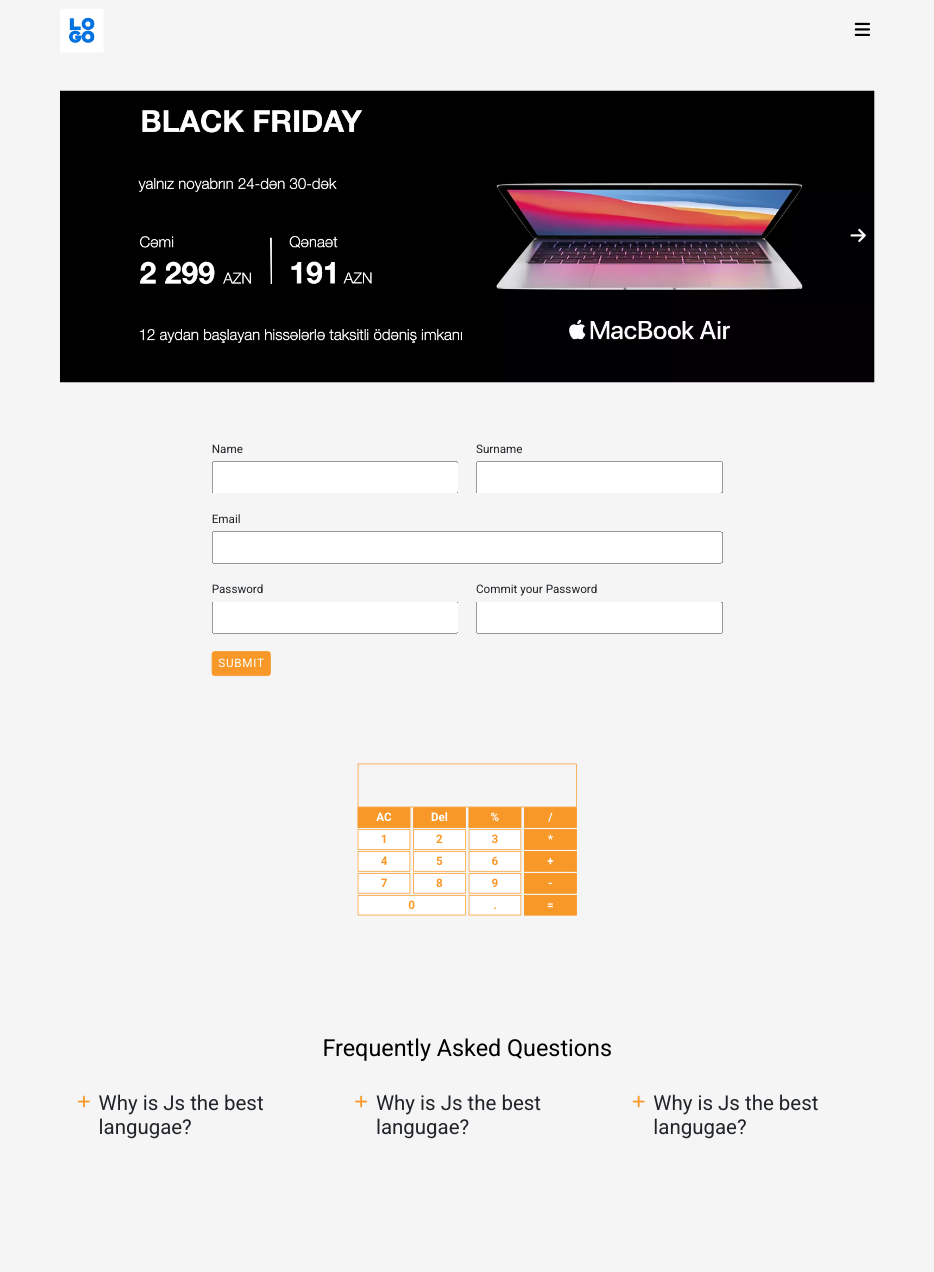
Repository: RamalYusifov7/Custom-components--Core-JavaScript
Page: index.html
These files come from the project's save history. The page is drawn as it stood at one moment and after the next save; the edit follows.
The browser window is 1280 px wide. The pictures show the whole page, at 73% of full size.

Above is the page before, as saved 2023-01-09 12:08:38.

### index.html
<!DOCTYPE html>
<html lang="en">

<head>
  <meta charset="UTF-8" />
  <meta http-equiv="X-UA-Compatible" content="IE=edge" />
  <meta name="viewport" content="width=device-width, initial-scale=1.0" />
  <title>Document</title>
  <link rel="stylesheet" href="https://cdnjs.cloudflare.com/ajax/libs/font-awesome/6.2.1/css/all.min.css"
    integrity="sha512-MV7K8+y+gLIBoVD59lQIYicR65iaqukzvf/nwasF0nqhPay5w/9lJmVM2hMDcnK1OnMGCdVK+iQrJ7lzPJQd1w=="
    crossorigin="anonymous" referrerpolicy="no-referrer" />
  <link href="https://cdn.jsdelivr.net/npm/bootstrap@5.2.2/dist/css/bootstrap.min.css" rel="stylesheet"
    integrity="sha384-Zenh87qX5JnK2Jl0vWa8Ck2rdkQ2Bzep5IDxbcnCeuOxjzrPF/et3URy9Bv1WTRi" crossorigin="anonymous">
</head>
<link rel="stylesheet" href="css/style.css" />
<link rel="stylesheet" href="css/responsive.css" />
</head>

<body>
  <!-- preloader -->
  <div class="preloader">
    <img src="img/Bounce-Bar-Preloader-1.gif" alt="" width="100%">
  </div>
  <!-- Custom Mneu -->
  <header class="main-header">
    <div class="container">
      <div class="logo">
        <a href="#">
          <img src="img/logo-social.png" alt="" />
        </a>
      </div>
      <nav class="navbar">
        <button type="button" class="button-unstyled" id="menu-btn">
          <span class="menu-icon">
            <i class="fa-solid fa-bars"></i>
          </span>
        </button>
        <div class="sidebar-wrapper">
          <div class="sidebar">
            <div class="sidebar-header">
              <h3 class="sidebar-title">Menu</h3>
              <button type="button" class="close-btn button-unstyled" id="sidebar-close-btn">
                <span class="close-icon">
                  <i class="fa-solid fa-xmark"></i>
                </span>
              </button>
            </div>
            <ul class="sidebar-list">
              <li><a href="#">Home</a></li>
              <li><a href="#">Services</a></li>
              <li><a href="#">Blog</a></li>
              <li><a href="#">Conact</a></li>
            </ul>
          </div>
        </div>
      </nav>
    </div>
  </header>
  <!-- Custom Slider -->
  <section class="page-banner">
    <div class="container">
      <div class="banner-container position-relative">
        <div class="banner-img">
          <a href=""><img src="img/adver-1.png" alt=""></a>
        </div>
        <div class="banner-img">
          <a href=""><img src="img/adver-2.png" alt=""></a>
        </div>
        <div class="banner-img">
          <a href=""><img src="img/adver-2.png" alt=""></a>
        </div>
        <div class="banner-img">
          <a href=""><img src="img/adver-3.png" alt=""></a>
        </div>
        <div class="banner-slider-btns ">
          <button type="button" class="button-unstyled prev-btn" id="banner-prev-btn">
            <span class="prev-icon">
              <i class="fa-solid fa-arrow-left"></i>
            </span>
          </button>
          <button type="button" class="button-unstyled next-btn" id="banner-next-btn">
            <span class="next-icon">
              <i class="fa-solid fa-arrow-right"></i>
            </span>
          </button>
        </div>
      </div>
    </div>
  </section>
  <!-- Custom validation -->
  <section class="validation-section">
    <div class="validation-container">
      <form action="" name="contactForm">
        <div class="row">
          <div class="col-6">
            <div class="contact-form-item">
              <label for="name">Name</label>
              <input type="text" name="name" id="name" class="simple-input">
              <div class="error-message">
                Error, fill the input
              </div>
              <div class="success-message">
                Correct !
              </div>
            </div>
          </div>
          <div class="col-6">
            <div class="contact-form-item">
              <label for="surname">Surname</label>
              <input type="text" name="surname" id="surname" class="simple-input">
              <div class="error-message">
                Error, fill the input
              </div>
              <div class="success-message">
                Correct !
              </div>
            </div>
          </div>
          <div class="col-12">
            <div class="contact-form-item">
              <label for="email">Email</label>
              <input type="text" name="email" id="email">
              <div class="error-message">
                Enter a valid email
              </div>
              <div class="success-message">
                Correct !
              </div>
            </div>
          </div>
          <div class="col-6">
            <div class="contact-form-item">
              <label for="password">Password</label>
              <input type="password" name="password" id="password">
              <div class="password-error-message">
                Password must contain at least 8 characters
              </div>
              <div class="success-message">
                Correct !
              </div>
            </div>
          </div>
          <div class="col-6">
            <div class="contact-form-item">
              <label for="commit-password">Commit your Password</label>
              <input type="password" name="commitPassword" id="commit-password">
              <div class="commit-password-error-message">
                Password doesn"t match
              </div>
              <div class="success-message">
                Correct !
              </div>
            </div>
          </div>
        </div>
        <button type="submit" class="submit-btn">Submit</button>
      </form>
    </div>
  </section>
  <!-- Calculator -->
  <section class="calculator-section">
    <div class="container">
      <div class="calculator-container">
        <div class="calculation-result">

        </div>
        <div class="calculation-btns">
          <div class="row">
            <div class="col-3">
              <button type="button" class="operation-btn" id="calc-delete-all-btn"">AC</button>
            </div>
            <div class=" col-3">
                <button type="button " class="operation-btn" id="calc-delete-btn">Del</button>
            </div>
            <div class="col-3">
              <button type="button" id="findPercentage">%</button>
            </div>
            <div class="col-3">
              <button type="button">/</button>
            </div>
            <div class="col-3">
              <button type="button" class="number-btn">1</button>
            </div>
            <div class="col-3">
              <button type="button" class="number-btn">2 </button>
            </div>
            <div class="col-3">
              <button type="button" class="number-btn">3</button>
            </div>
            <div class="col-3">
              <button type="button" >*</button>
            </div>
            <div class="col-3">
              <button type="button"  class="number-btn">4</button>
            </div>
            <div class="col-3">
              <button type="button" class="number-btn">5</button>
            </div>
            <div class="col-3">
              <button type="button" class="number-btn">6</button>
            </div>
            <div class="col-3">
              <button type="button ">+</button>
            </div>
            <div class="col-3">
              <button type="button" class="number-btn">7</button>
            </div>
            <div class="col-3">
              <button type="button" class="number-btn">8</button>
            </div>
            <div class="col-3">
              <button type="button" class="number-btn">9</button>
            </div>
            <div class="col-3">
              <button type="button">-</button>
            </div>
            <div class="col-6">
              <button type="button" class="number-btn">0</button>
            </div>
            <div class="col-3">
              <button type="button" class="number-btn">.</button>
            </div>
            <div class="col-3">
              <button type="button" id="equal-btn" class="equality-btn">=</button>
            </div>
          </div>
        </div>
      </div>
    </div>
  </section>
  <!-- Accordion -->
  <section class="faq-section">
    <h2 class="section-title">
      Frequently Asked Questions
    </h2>
    <div class="container">
      <div class="row">
        <div class="single-accordion">
          <div class="accordion">
            <div class="accordion-left">
              <button class="accordion-btn" >
                 <span class="plus-icon"><i class="fa-solid fa-plus"></i></span>
                 <span class="minus-icon"><i class="fa-solid fa-minus"></i></span>
              </button>
            </div>
            <div class="accordion-right">
              <h3 class="accordion-header">Why is Js the best langugae?</h3>
              <div class="accordion-content">
                Lorem ipsum dolor sit amet consectetur adipisicing elit. Nulla, ad
                nesciunt? Cumque odio quas eos quibusdam, ipsam at temporibus
                molestiae deleniti id esse. Illo doloribus quis accusantium sit
                recusandae animi.
              </div>
            </div>
          </div>
        </div>
        <div class="single-accordion">
          <div class="accordion">
            <div class="accordion-left">
              <button class="accordion-btn" >
                 <span class="plus-icon"><i class="fa-solid fa-plus"></i></span>
                 <span class="minus-icon"><i class="fa-solid fa-minus"></i></span>
              </button>
            </div>
            <div class="accordion-right">
              <h3 class="accordion-header">Why is Js the best langugae?</h3>
              <div class="accordion-content">
                Lorem ipsum dolor sit amet consectetur adipisicing elit. Nulla, ad
                nesciunt? Cumque odio quas eos quibusdam, ipsam at temporibus
                molestiae deleniti id esse. Illo doloribus quis accusantium sit
                recusandae animi.
              </div>
            </div>
          </div>
        </div>
        <div class="single-accordion">
          <div class="accordion">
            <div class="accordion-left">
              <button class="accordion-btn">
                 <span class="plus-icon"><i class="fa-solid fa-plus"></i></span>
                 <span class="minus-icon"><i class="fa-solid fa-minus"></i></span>
              </button>
            </div>
            <div class="accordion-right">
              <h3 class="accordion-header">Why is Js the best langugae?</h3>
              <div class="accordion-content">
                Lorem ipsum dolor sit amet consectetur adipisicing elit. Nulla, ad
                nesciunt? Cumque odio quas eos quibusdam, ipsam at temporibus
                molestiae deleniti id esse. Illo doloribus quis accusantium sit
                recusandae animi.
              </div>
            </div>
          </div>
        </div>
      </div>
    </div>
  </section>
  <script src="js/script.js"></script>
</body>

</html>

### css/style.css
@import url("https://fonts.googleapis.com/css2?family=Roboto:wght@400;700&display=swap");
* {
  font-family: "Roboto", sans-serif;
  box-sizing: border-box;
}
:root {
  --primary: #f89828;
  --transition: 0.4s ease all;
}
body {
  margin: 0;
  background-color: #f5f5f5;
}
/* Preloader                 */
.preloader {
  position: fixed;
  top: 0;
  bottom: 0;
  left: 0;
  right: 0;
  display: flex;
  align-items: center;
  justify-content: center;
  visibility: visible;
  z-index: 9999999;
}
.preloader.hide {
  visibility: hidden;
  z-index: -999999;
}
/*         MENU                   */
.logo {
  width: 60px;
  height: 60px;
}
.logo img {
  width: 100%;
  height: 100%;
  object-fit: cover;
}
.main-header {
  padding: 12px 0;
}
.main-header > .container {
  display: flex;
  align-items: center;
  justify-content: space-between;
}
.sidebar {
  position: fixed;
  left: 0;
  top: 0;
  bottom: 0;
  width: 300px;
  height: 100%;
  background-color: #1e212c;
  padding: 23px 16px;
  transform: translateX(-100%);
  z-index: 9999;
  transition: var(--transition);
}
.sidebar.show {
  transform: translateX(0);
}
.sidebar-list {
  margin: 0;
  padding: 0;
  list-style-type: none;
}
.sidebar-list li a {
  color: white;
  text-decoration: none;
  font-size: 20px;
  transition: var(--transition);
}
.sidebar-list li {
  margin-bottom: 12px;
}
.sidebar-list li a:hover {
  color: var(--primary);
}
.sidebar-title {
  color: white;
  font-size: 32px;
  margin: 0;
}
.button-unstyled {
  background-color: transparent;
  border: none;
}
.close-icon i {
  color: white;
  font-size: 24px;
}
.menu-icon i {
  font-size: 24px;
}
.sidebar-header {
  display: flex;
  align-items: center;
  justify-content: space-between;
  margin-bottom: 32px;
}
.sidebar-wrapper.active {
  width: 100%;
  height: 100%;
  background: rgba(0, 0, 0, 0.525);
  position: fixed;
  top: 0;
  left: 0;
  z-index: 99999;
}
/* Home banner */
.page-banner {
  padding-top: 40px;
  padding-bottom: 80px;
}
.banner-img {
  height: 400px;
  overflow: hidden;
}
.banner-img img {
  width: 100%;
  height: 100%;
  object-fit: cover;
  object-position: center;
}
.banner-slider-btns button {
  color: white;
  display: flex;
  align-items: center;
  height: 100%;
  position: absolute;
  top: 0;
  font-size: 24px;
}
.banner-slider-btns .prev-btn {
  display: none;
  left: 6px;
}
.banner-slider-btns .next-btn {
  right: 6px;
}
.banner-container {
  min-height: 400px;
  overflow: hidden;
}
.banner-img {
  position: absolute;
  width: 100%;
  transition: 0.5s ease-in-out all;
}

/*                          validation                       */

.validation-container {
  max-width: 700px;
  margin: auto;
}
.contact-form-item input {
  width: 100%;
  height: 44px;
  outline: none;
  padding-left: 8px;
  margin-top: 4px;
}
.contact-form-item {
  margin-bottom: 24px;
}
.error-message,
.password-error-message,
.commit-password-error-message {
  font-size: 12px;
  color: red;
  margin-top: 4px;
  display: none;
}
.success-message {
  font-size: 12px;
  color: green;
  margin-top: 4px;
  display: none;
}
.contact-form-item.error .error-message {
  display: block;
}
.contact-form-item.success .success-message {
  display: block;
}
.submit-btn {
  background-color: var(--primary);
  color: white;
  border-radius: 4px;
  border: 1px solid var(--primary);
  min-width: 80px;
  padding: 4px 8px;
  text-transform: uppercase;
  letter-spacing: 1px;
  transition: var(--transition);
}
.submit-btn:hover {
  background-color: white;
  color: var(--primary);
}
/* Calculator */
.calculator-section {
  padding-top: 120px;
  padding-bottom: 80px;
}
.calculator-container {
  max-width: 300px;
  margin: auto;
}
.calculation-btns button {
  border: 1px solid var(--primary);
  width: 100%;
  margin-bottom: 2px;
  background-color: white;
  color: var(--primary);
  font-weight: 700;
  transition: var(--transition);
}
.calculation-btns button:not(.number-btn) {
  background-color: var(--primary);
  color: white;
}

.calculation-btns button:hover {
  background-color: white;
  color: var(--primary);
}
.calculation-btns .row > * {
  padding: 0 2px;
}
.calculation-btns .row {
  margin-left: -2px;
  margin-right: -2px;
}
.calculation-result {
  border: 1px solid var(--primary);
  height: 60px;
  padding: 4px 6px;
  display: flex;
  align-items: flex-end;
  justify-content: flex-end;
  color: var(--primary);
  font-size: 24px;
  font-weight: 600;
}

/* Accordion */
.faq-section {
  padding: 80px 0 180px;
}
.single-accordion {
  width: calc(100% / 3);
  padding: 0 15px;
}
.accordion {
  display: flex;
}
.accordion-left {
  width: 10%;
  padding: 0 15px;
}
.accordion-right {
  width: 90%;
  padding: 0 15px;
}
h3 {
  margin: 0;
}
.accordion-content {
  display: none;
}
.collapsed .accordion-content {
  display: block;
}
.minus-icon {
  display: none;
}
.collapsed .plus-icon {
  display: none;
}
.collapsed .minus-icon {
  display: block;
}
.accordion-btn {
  background: transparent;
  border: none;
  color: var(--primary);
  font-size: 20px;
}
.section-title {
  text-align: center;
  margin-bottom: 40px;
  color: black;
}

### css/responsive.css
@media (min-width: 1499px) {
  .prev-btn {
    left: 30px;
  }
  .next-btn {
    right: 30px;
  }
}

### js/script.js
// preloader
const preloader = document.querySelector(".preloader");
window.onload = function () {
  preloader.classList.add("hide");
};

// Menu      //////////
let menuBtn = document.getElementById("menu-btn");
let sidebarCloseBtn = document.getElementById("sidebar-close-btn");
let sideBar = document.querySelector(".sidebar");
let sidebarWrapper = document.querySelector(".sidebar-wrapper");
menuBtn.onclick = function () {
  sideBar.classList.add("show");
  sidebarWrapper.classList.add("active");
};
function hideSidebar() {
  sideBar.classList.remove("show");
  sidebarWrapper.classList.remove("active");
}
sidebarCloseBtn.onclick = function (e) {
  hideSidebar();
};
sidebarWrapper.onclick = function () {
  hideSidebar();
};
sideBar.onclick = function (e) {
  e.stopPropagation();
};

// Slider         //////////
const bannerImgs = document.querySelectorAll(".banner-img");
const bannerPrevBtn = document.getElementById("banner-prev-btn");
const bannerNextBtn = document.getElementById("banner-next-btn");
bannerImgs.forEach((item, index) => {
  item.style.left = `${index * 100}%`;
});
let slideCounter = 0;
function slideNext() {
  slideCounter++;
  slideMove();
}
bannerNextBtn.onclick = function () {
  slideNext();
};
bannerPrevBtn.onclick = function () {
  slideCounter--;
  slideMove();
};
function slideMove() {
  if (slideCounter == bannerImgs.length) {
    slideCounter = 0;
  }
  if (slideCounter < 0) {
    slideCounter = bannerImgs.length - 1;
  }

  // hiding prevbtn
  if (slideCounter == 0) {
    bannerPrevBtn.style.display = "none";
  } else {
    bannerPrevBtn.style.display = "block";
  }
  //  hiding nextbtn
  if (slideCounter == bannerImgs.length - 1) {
    bannerNextBtn.style.display = "none";
  } else {
    bannerNextBtn.style.display = "block";
  }

  bannerImgs.forEach((bannerImg) => {
    bannerImg.style.transform = `translateX(-${slideCounter * 100}%)`;
  });
}
window.setInterval(slideNext, 10000);


// Validation              ///////////////
let contactForm = document.forms.contactForm;
let simpleInputs = document.querySelectorAll(
  ".contact-form-item input.simple-input"
);
let commitPassword = contactForm.commitPassword;
let password = contactForm.password;
let email = contactForm.email;
let passwordError = document.querySelector(".password-error-message");
let commitPasswordError = document.querySelector(
  ".commit-password-error-message"
);
function successFunc(element) {
  element.parentElement.classList.remove("error");
  element.parentElement.classList.add("success");
  element.style.border = "1px solid green";
}
function errorFunc(element) {
  element.parentElement.classList.remove("success");
  element.parentElement.classList.add("error");
  element.style.border = "1px solid red";
}
contactForm.onsubmit = function (e) {
  // for simple inputs :  name, surname etc
  for (let i = 0; i < simpleInputs.length; i++) {
    if (simpleInputs[i].value == "") {
      errorFunc(simpleInputs[i]);
    } else {
      successFunc(simpleInputs[i]);
    }
  }

  // checking if commit password"s value is eqaul to passoword"s value
  if (commitPassword.value !== password.value || commitPassword.value == "") {
    commitPasswordError.style.display = "block";
    errorFunc(commitPassword);
  } else {
    commitPasswordError.style.display = "none";
    successFunc(commitPassword);
  }

  // checking if password"s value contains at least 8 characters
  if (password.value.length < 8) {
    passwordError.style.display = "block";
    errorFunc(password);
  } else {
    passwordError.style.display = "none";
    successFunc(password);
  }

  // checking if the value is a valid email
  if (
    !email.value.match(
      /^(([^<>()[\]\\.,;:\s@"]+(\.[^<>()[\]\\.,;:\s@"]+)*)|(".+"))@((\[[0-9]{1,3}\.[0-9]{1,3}\.[0-9]{1,3}\.[0-9]{1,3}\])|(([a-zA-Z\-0-9]+\.)+[a-zA-Z]{2,}))$/
    )
  ) {
    errorFunc(email);
  } else successFunc(email);
  e.preventDefault();
};

// Calcualtor
let calcResult = document.querySelector(".calculation-result");
let calcBtns = document.querySelectorAll(
  ".calculation-btns button:not(.operation-btn"
);
let equalBtn = document.getElementById("equal-btn");
console.log(calcBtns);
let calcDeleteAllBtn = document.getElementById("calc-delete-all-btn");
let calcDeleteBtn = document.getElementById("calc-delete-btn");
calcBtns.forEach((btn) => {
  btn.onclick = function () {
    calcResult.innerText += this.innerText;
  };
});
equalBtn.onclick = function () {
  try {
    calcResult.innerText = eval(calcResult.innerText);
  } catch {
    calcResult.innerText = "";
  }
};
calcDeleteAllBtn.onclick = function () {
  calcResult.innerText = "";
};
calcDeleteBtn.onclick = function () {
  calcResult.innerText = calcResult.innerText.slice(0, -1);
};

// Accordion
const accordions = document.querySelectorAll(".accordion");
accordions.forEach((accordion) => {
  const accordionBtn = accordion.querySelector(".accordion-btn");
  accordionBtn.onclick = function () {
    accordions.forEach((item) => {
      if (item !== accordion) {
        item.classList.remove("collapsed");
      }
    });
    accordion.classList.toggle("collapsed");
  };
});

After the next save:
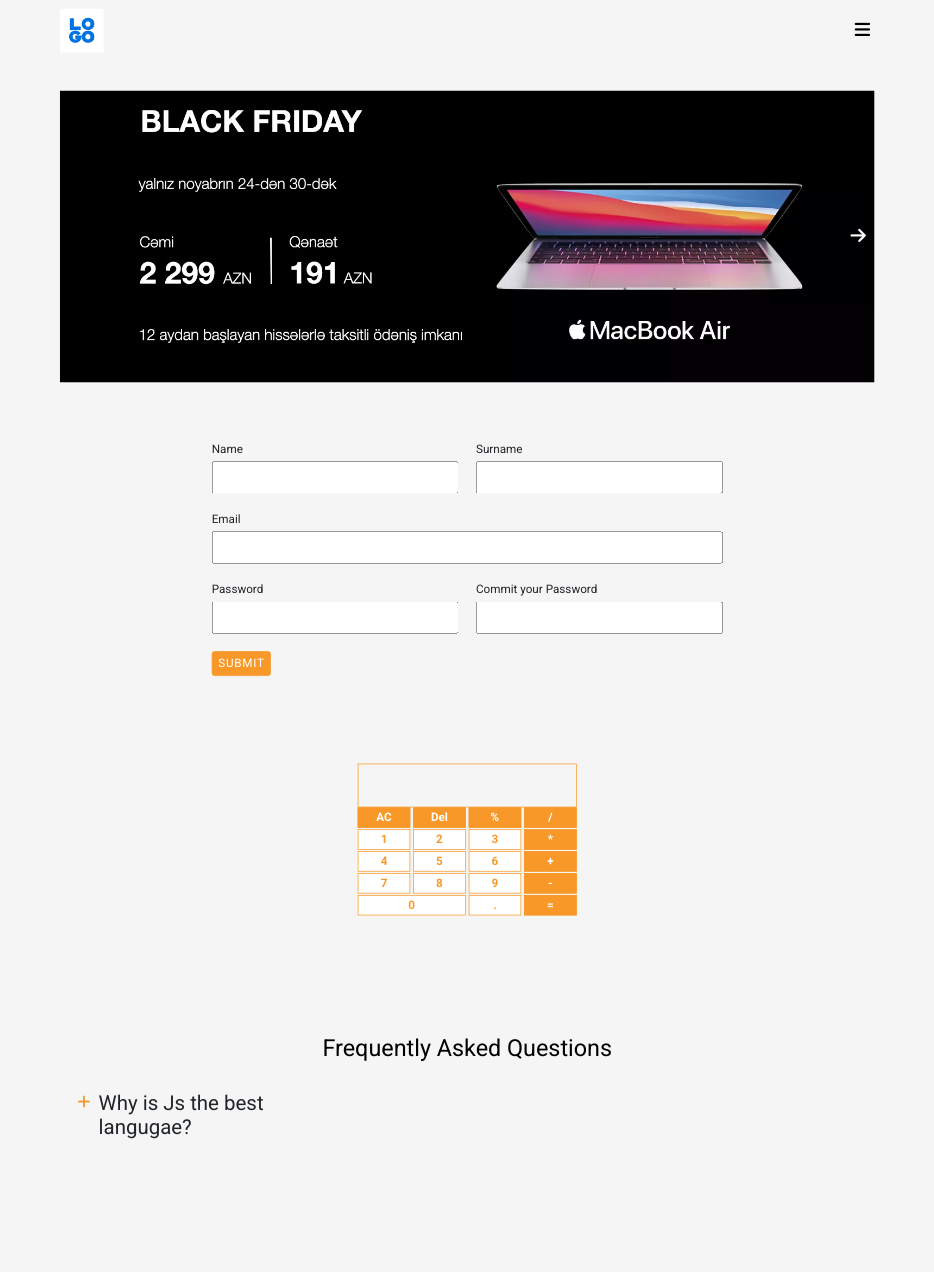
Saved 53 s later.
--- a/index.html
+++ b/index.html
@@ -254,44 +254,6 @@
             </div>
           </div>
         </div>
-        <div class="single-accordion">
-          <div class="accordion">
-            <div class="accordion-left">
-              <button class="accordion-btn" >
-                 <span class="plus-icon"><i class="fa-solid fa-plus"></i></span>
-                 <span class="minus-icon"><i class="fa-solid fa-minus"></i></span>
-              </button>
-            </div>
-            <div class="accordion-right">
-              <h3 class="accordion-header">Why is Js the best langugae?</h3>
-              <div class="accordion-content">
-                Lorem ipsum dolor sit amet consectetur adipisicing elit. Nulla, ad
-                nesciunt? Cumque odio quas eos quibusdam, ipsam at temporibus
-                molestiae deleniti id esse. Illo doloribus quis accusantium sit
-                recusandae animi.
-              </div>
-            </div>
-          </div>
-        </div>
-        <div class="single-accordion">
-          <div class="accordion">
-            <div class="accordion-left">
-              <button class="accordion-btn">
-                 <span class="plus-icon"><i class="fa-solid fa-plus"></i></span>
-                 <span class="minus-icon"><i class="fa-solid fa-minus"></i></span>
-              </button>
-            </div>
-            <div class="accordion-right">
-              <h3 class="accordion-header">Why is Js the best langugae?</h3>
-              <div class="accordion-content">
-                Lorem ipsum dolor sit amet consectetur adipisicing elit. Nulla, ad
-                nesciunt? Cumque odio quas eos quibusdam, ipsam at temporibus
-                molestiae deleniti id esse. Illo doloribus quis accusantium sit
-                recusandae animi.
-              </div>
-            </div>
-          </div>
-        </div>
       </div>
     </div>
   </section>
